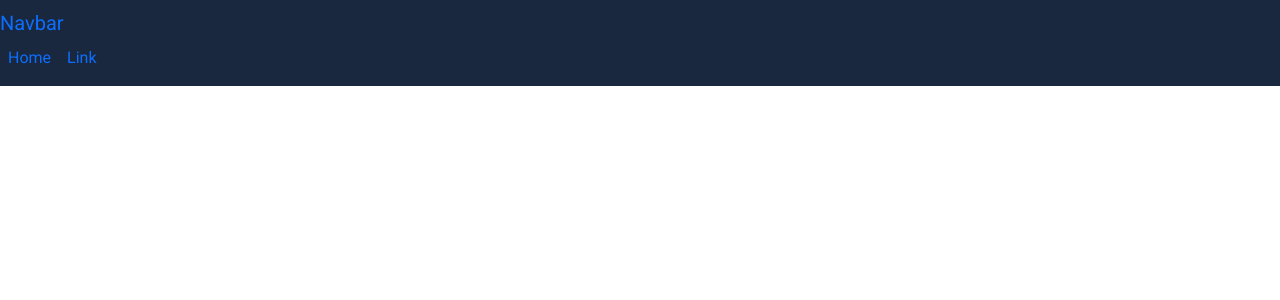
Repository: widdo/Front-end
Page: indix.html
These files come from the project's save history. The page is drawn as it stood at one moment and after the next save; the edit follows.
The browser window is 1280 px wide. The pictures show the whole page.

Above is the page before, as saved 2022-03-10 13:08:49.

### indix.html
<!DOCTYPE html>
<html lang="en">
<head>
       <meta charset="UTF-8">
       <meta http-equiv="X-UA-Compatible" content="IE=edge">
       <meta name="viewport" content="width=device-width, initial-scale=1.0">
       <title>Bonid</title>
       <link rel="stylesheet" href="css/bootstrap.min.css">
       <link rel="stylesheet" href="/css/all.min.css">
       <link rel="stylesheet" href="/css/Bondi.css">
       <link rel="preconnect" href="https://fonts.googleapis.com">
       <link rel="preconnect" href="https://fonts.gstatic.com" crossorigin>
       <link href="https://fonts.googleapis.com/css2?family=Roboto:ital,wght@0,100;0,300;0,400;1,100;1,300&display=swap" rel="stylesheet">
</head>
<body>

  <nav class="navbar navbar-expand-lg ">
    <div class="container-">
      <a class="navbar-brand" href="#">Navbar</a>
      <button class="navbar-toggler" type="button" data-bs-toggle="collapse" data-bs-target="#navbarSupportedContent" aria-controls="navbarSupportedContent" aria-expanded="false" aria-label="Toggle navigation">
        <span class="navbar-toggler-icon"></span>
      </button>
      <div class="collapse navbar-collapse" id="navbarSupportedContent">

        <ul class="navbar-nav me-auto mb-2 mb-lg-0">
          <li class="nav-item">
            <a class="nav-link active" aria-current="page" href="#">Home</a>
          </li>
          <li class="nav-item">
            <a class="nav-link" href="#">Link</a>
          </li>

            </a>

          </li>

        </ul>

      </div>
    </div>
  </nav>


</body>
</html>

### css/Bondi.css
:root {
  --dark-color: #19283f;
}
body {
  font-family: "Roboto", sans-serif;
}

/* start Navbare */
.navbar {
  background-color: var(--dark-color);
}

/* End Navbare */

Loaded but not shown: css/bootstrap.min.css (library); css/all.min.css (library)

After the next save:
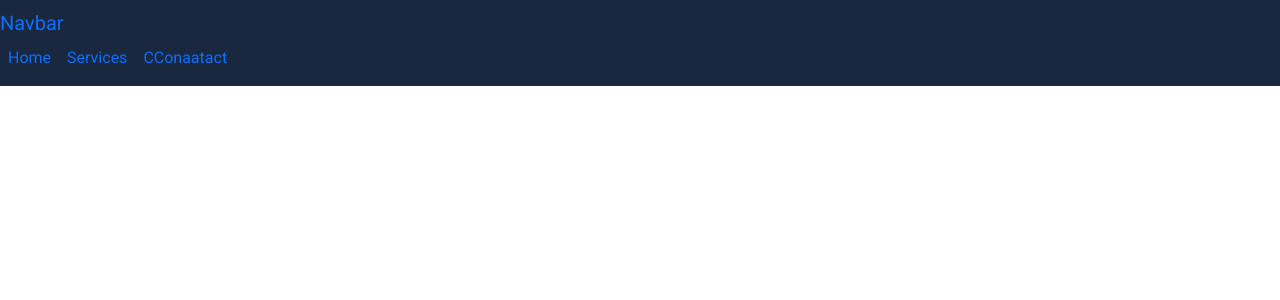
Saved 105 s later.
--- a/indix.html
+++ b/indix.html
@@ -27,7 +27,10 @@
             <a class="nav-link active" aria-current="page" href="#">Home</a>
           </li>
           <li class="nav-item">
-            <a class="nav-link" href="#">Link</a>
+            <a class="nav-link" href="#">Services</a>
+          </li>
+          <li class="nav-item">
+            <a class="nav-link" href="#">CConaatact</a>
           </li>
 
             </a>
